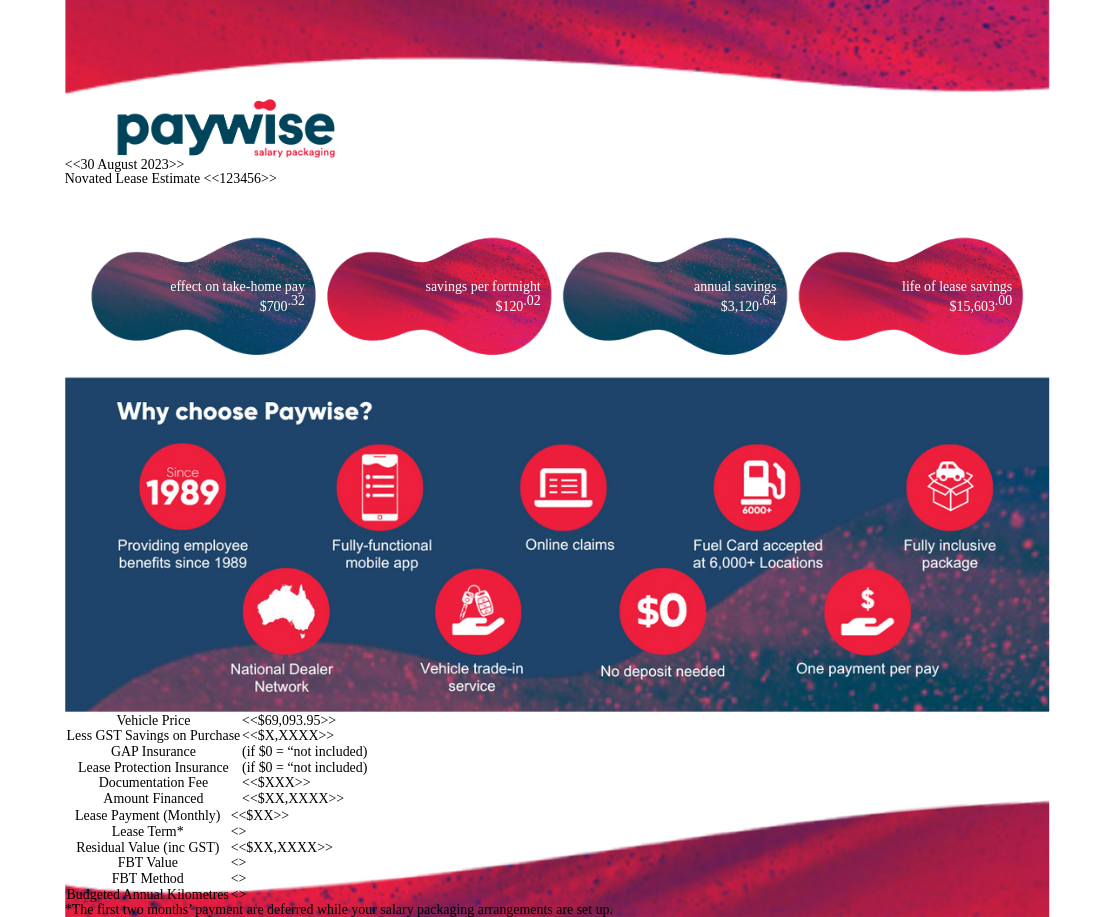
Repository: hoangtubest/novated-phong
Page: 1.html
The author's editor kept a copy of each file at every save. The page is drawn from the files as they stood at one save, then again after the next save.
The browser window is 1280 px wide. The pictures show the whole page, at 87% of full size.
The style sheet was rebuilt from its Sass, Less or Tailwind sources for each picture, by a compiler version that may differ from the author's.

Above is the page before, as saved 2023-10-18 13:21:55.

After the next save:
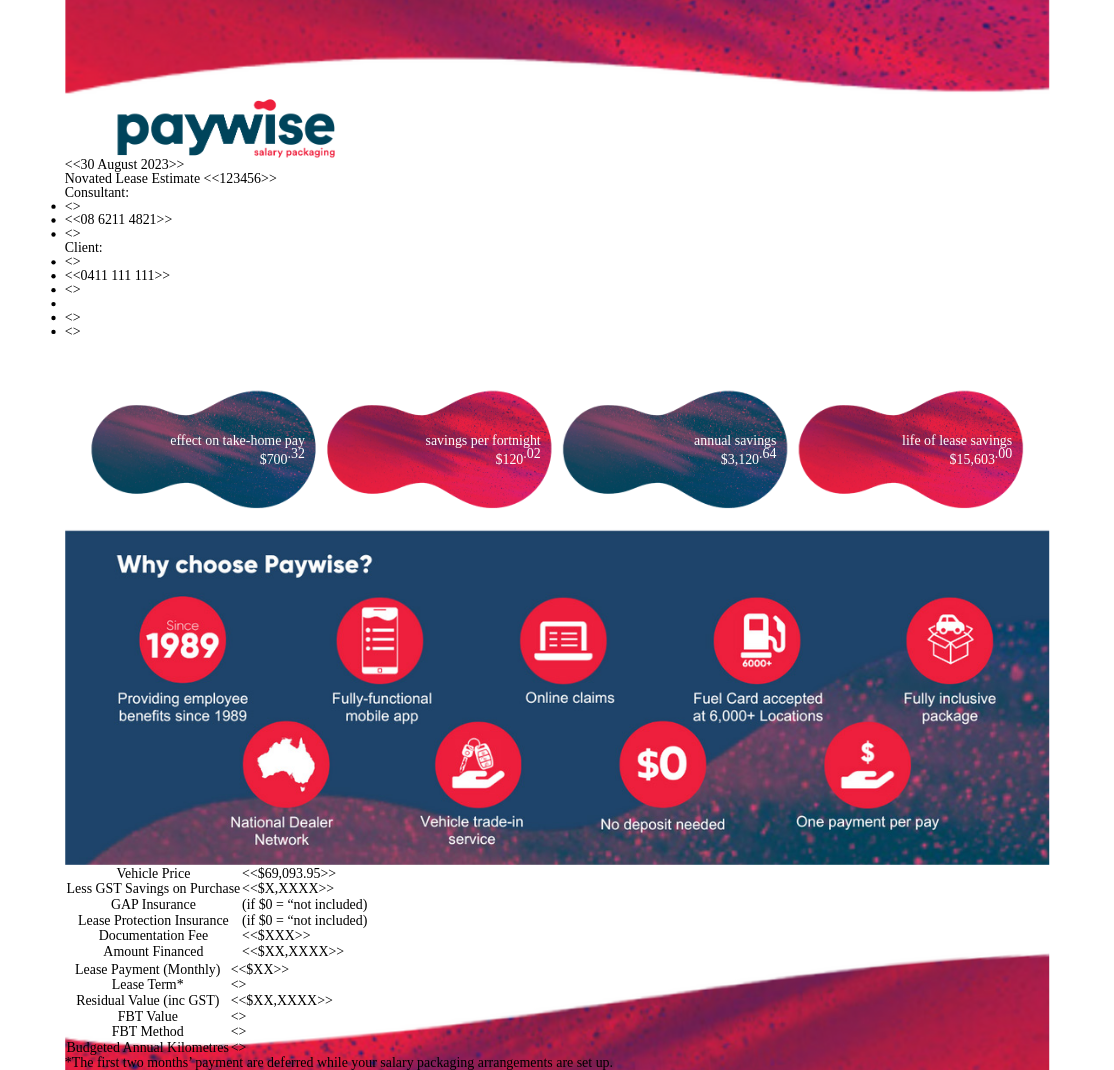
Saved 97 s later.
--- a/1.html
+++ b/1.html
@@ -19,7 +19,51 @@
           <<30 August 2023>>
         </p>
         <h2 class="pw-1-estimate__title">Novated Lease Estimate <<123456>></h2>
-        <div class="pw-1-estimate__content"></div>
+        <div class="pw-1-estimate__content">
+          <dl>
+            <dt><strong>Consultant:</strong></dt>
+            <dd>
+              <ul>
+                <li>
+                  <<Edward Kennett>>
+                </li>
+                <li>
+                  <<08 6211 4821>>
+                </li>
+                <li>
+                  <<edward.kennett@paywise.com.au>>
+                </li>
+              </ul>
+            </dd>
+          </dl>
+          <dl>
+            <dt><strong>Client:</strong></dt>
+            <dd>
+              <ul>
+                <li>
+                  <<Bernie Sanders>>
+                </li>
+                <li>
+                  <<0411 111 111>>
+                </li>
+                <li>
+                  <<ACME Corporation>>
+                </li>
+                <li></li>
+                <li>
+                  <<FBT Status>>
+                </li>
+                <li>
+                  <<bernie.sanders@gmail.com>>
+                </li>
+              </ul>
+            </dd>
+          </dl>
+          <dl>
+            <dt></dt>
+            <dd></dd>
+          </dl>
+        </div>
       </div>
       <div class="pw-1-feature">
         <div class="pw-1-feature__row">
